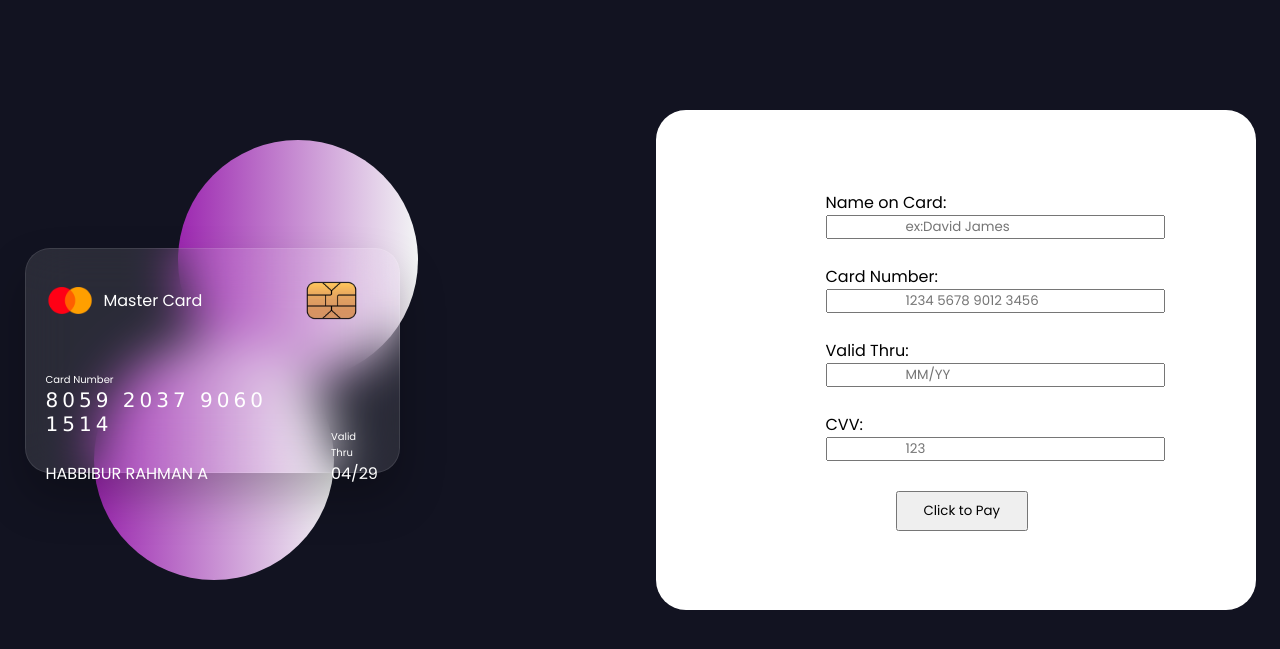
Repository: Habeebur1493/-002-Prompt
Page: index.html
The author's editor kept a copy of each file at every save. The page is drawn from the files as they stood at one save, then again after a run of saves.
The browser window is 1280 px wide. The pictures show the whole page.

Above is the page before, as saved 2024-09-11 01:29:36.

After the next 2 saves:
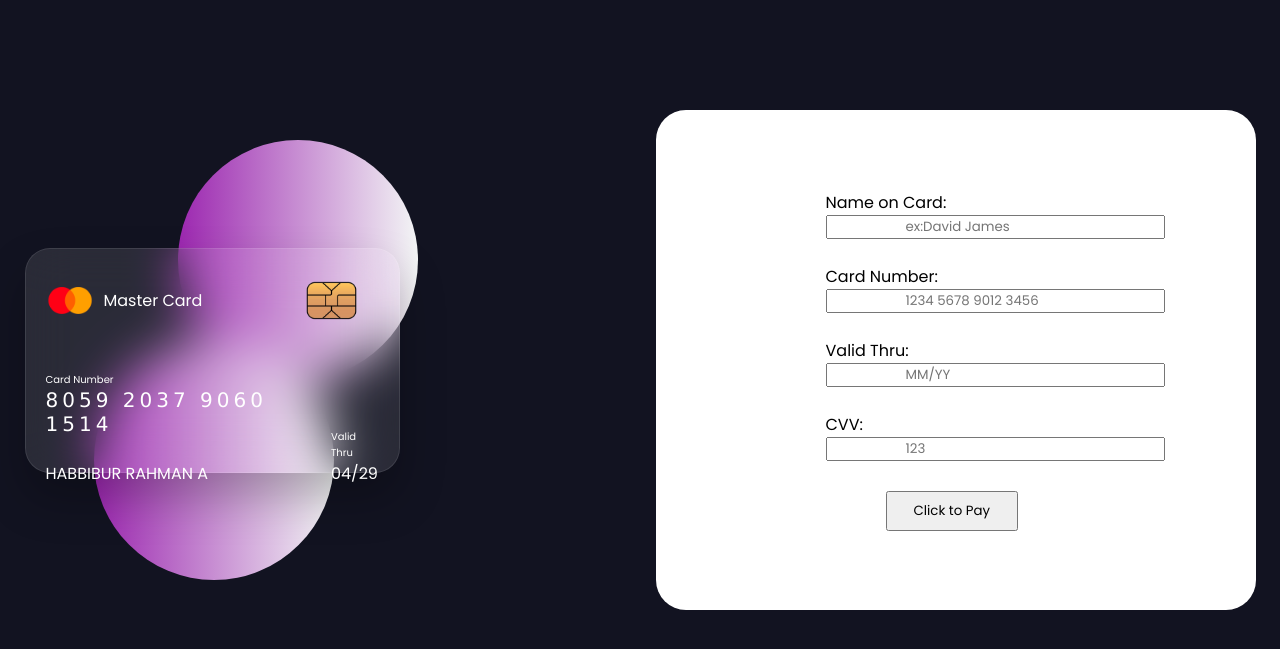
The 2 saves are shown as one change because they came seconds apart.
The last was saved 8 s later.
--- a/style.css
+++ b/style.css
@@ -188,6 +188,6 @@
 }
 .content button{
     margin-top: 5px;
-    margin-left: 70px;
+    margin-left: 60px;
     padding: 8px 26px;
 }
